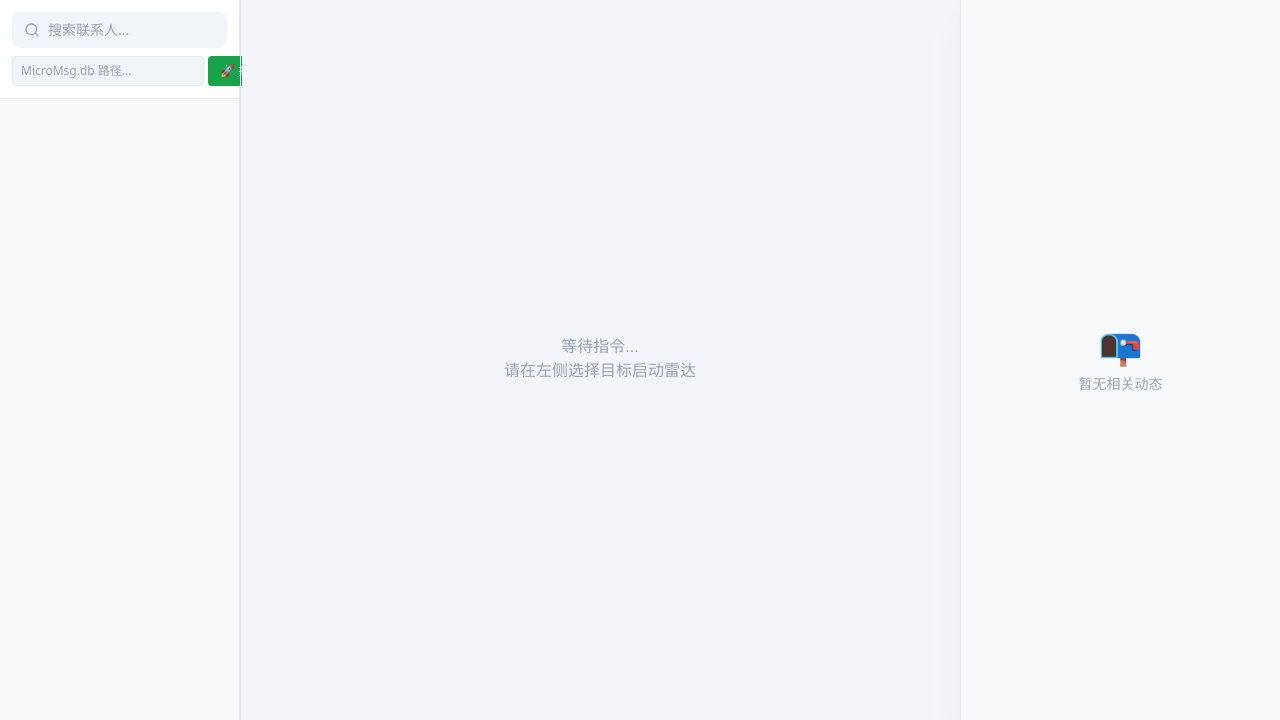
Repository: j76m8bhfny-a11y/wechatGalaxy
Page: / (app in client-radar/)
An editor plug-in stored every save of this project. The page is shown before and after the next save, followed by the edit.
The browser window is 1280 px wide. The pictures show the whole page.
The project was rebuilt for these pictures with package versions that can differ from the ones it lists, and the page was loaded fresh each time. Also part of the build but not shown: client-radar/vite.config.ts.

Above is the page before, as saved 2025-12-19 23:47:08.

### client-radar/index.html
<!doctype html>
<html lang="en">
  <head>
    <meta charset="UTF-8" />
    <link rel="icon" type="image/svg+xml" href="/vite.svg" />
    <meta name="viewport" content="width=device-width, initial-scale=1.0" />
    <title>Tauri + Vue + Typescript App</title>
    <meta name="referrer" content="no-referrer" />
  </head>

  <body>
    <div id="app"></div>
    <script type="module" src="/src/main.ts"></script>
  </body>
</html>

### client-radar/src/main.ts
import { createApp } from "vue";
import { createPinia } from "pinia";
import App from "./App.vue";

// 👇 关键：必须引入这个 CSS 文件！
// 如果你的 CSS 文件在 src/assets/main.css，就写 import "./assets/main.css";
import "./style.css";

const app = createApp(App);
app.use(createPinia()); // 👈 挂载
app.mount("#app");

### client-radar/src/App.vue
<script setup lang="ts">
import { ref } from 'vue';
import Sidebar from "./components/Sidebar.vue";
import Feed from "./components/Feed.vue"; // 👈 新增引入
import GraphLens from "./components/GraphLens.vue";
import { Share2 } from "lucide-vue-next";

// === 1. 状态管理：左右两栏的宽度 ===
const leftWidth = ref(240);
const rightWidth = ref(320);

// 定义最小和最大宽度
const MIN_LEFT = 200;
const MAX_LEFT = 400;
const MIN_RIGHT = 280;
const MAX_RIGHT = 600; // 右侧最大宽度稍微放宽一点，方便看图

// === 2. 核心拖拽逻辑 (保持不变) ===
const isDragging = ref(false);

const startResize = (direction: 'left' | 'right', startEvent: MouseEvent) => {
  startEvent.preventDefault();
  isDragging.value = true;

  const startX = startEvent.clientX;
  const startWidth = direction === 'left' ? leftWidth.value : rightWidth.value;

  const onMouseMove = (moveEvent: MouseEvent) => {
    const deltaX = moveEvent.clientX - startX;

    if (direction === 'left') {
      const newWidth = startWidth + deltaX;
      if (newWidth >= MIN_LEFT && newWidth <= MAX_LEFT) {
        leftWidth.value = newWidth;
      }
    } else {
      const newWidth = startWidth - deltaX;
      if (newWidth >= MIN_RIGHT && newWidth <= MAX_RIGHT) {
        rightWidth.value = newWidth;
      }
    }
  };

  const onMouseUp = () => {
    isDragging.value = false;
    document.removeEventListener('mousemove', onMouseMove);
    document.removeEventListener('mouseup', onMouseUp);
    document.body.style.cursor = '';
  };

  document.addEventListener('mousemove', onMouseMove);
  document.addEventListener('mouseup', onMouseUp);
  document.body.style.cursor = 'col-resize';
};
</script>

<template>
  <div class="flex h-screen w-screen overflow-hidden bg-[#F3F3F3] text-slate-800 font-sans text-sm">

    <div :style="{ width: leftWidth + 'px' }" class="shrink-0 flex flex-col h-full relative">
      <Sidebar />
    </div>

    <div
      class="w-1 hover:w-1.5 h-full cursor-col-resize z-50 flex justify-center items-center group -ml-0.5 hover:bg-blue-500/10 transition-colors"
      @mousedown="(e) => startResize('left', e)"
    >
      <div class="w-[1px] h-full bg-slate-200 group-hover:bg-blue-400 transition-colors"></div>
    </div>

    <main class="flex-1 flex flex-col relative overflow-hidden bg-[#F0F2F5]">
      <GraphLens />
    </main>

    <div
      class="w-1 hover:w-1.5 h-full cursor-col-resize z-50 flex justify-center items-center group -mr-0.5 hover:bg-blue-500/10 transition-colors"
      @mousedown="(e) => startResize('right', e)"
    >
      <div class="w-[1px] h-full bg-slate-200 group-hover:bg-blue-400 transition-colors"></div>
    </div>

    <aside
      :style="{ width: rightWidth + 'px' }"
      class="bg-white border-l border-slate-200 flex flex-col shrink-0 z-10 shadow-xl shadow-slate-200/50"
    >
      <Feed />
    </aside>

  </div>
</template>

<style>
body {
  margin: 0;
  font-family: 'Microsoft YaHei UI', 'Segoe UI', system-ui, sans-serif;
  -webkit-font-smoothing: antialiased;
}
</style>

### client-radar/src/components/Sidebar.vue
<script setup lang="ts">
import { ref, computed } from 'vue'; // [新增] 引入 computed
import { useMomentsStore } from '../stores/moments';
import { useContactsStore } from '../stores/contacts';
import { Search, Database, Loader2 } from 'lucide-vue-next';
import { invoke } from '@tauri-apps/api/core'; // 引入 Tauri 调用

const store = useMomentsStore();
const contactStore = useContactsStore();

// 状态定义
const dbPathInput = ref(''); // 数据库路径输入框
const isScanning = ref(false); // 扫描 Loading 状态
const searchQuery = ref(''); // [新增] 搜索关键词状态

// [新增] 计算属性：根据搜索词过滤联系人
const filteredContacts = computed(() => {
  const allContacts = store.contacts;
  const query = searchQuery.value.trim().toLowerCase();

  if (!query) {
    return allContacts;
  }

  return allContacts.filter(contact => {
    // 获取显示名称（优先备注，其次昵称，最后wxid）
    const displayName = contactStore.getDisplayName(contact.id).toLowerCase();
    const wxid = contact.id.toLowerCase();

    // 只要名字或ID包含搜索词即可
    return displayName.includes(query) || wxid.includes(query);
  });
});

// 🟢 功能1：一键自动扫描 (调用 Rust -> Python Sidecar)
const autoScan = async () => {
  isScanning.value = true;
  contactStore.errorMsg = '';

  try {
    console.log("启动自动扫描...");
    const resStr = await invoke<string>('auto_decrypt_wechat');
    const res = JSON.parse(resStr);

    if (res.status === 'success') {
      dbPathInput.value = res.micro_db_path; // 显示路径

      // 1. 加载通讯录 (Rust 读取 MicroMsg.db)
      await contactStore.importFromDb(res.micro_db_path);

      // 2. 🔥 加载朋友圈 (直接使用 Python 返回的 feeds)
      if (res.feeds && res.feeds.length > 0) {
        store.loadFeeds(res.feeds); // 👈 调用新方法
      } else {
        console.log("Python 未返回 Feeds 数据，可能是空库或解析失败");
      }

    } else {
      contactStore.errorMsg = res.message || '未知错误';
    }

  } catch (e) {
    console.error(e);
    contactStore.errorMsg = "扫描异常: " + String(e);
  } finally {
    isScanning.value = false;
  }
};

// 🔵 功能2：手动导入 (作为备用方案)
const handleImport = async () => {
  if(!dbPathInput.value) return;
  await contactStore.importFromDb(dbPathInput.value);
};

// 选中联系人逻辑
const selectContact = (wxid: string) => {
  store.selectedWxid = wxid;
  // 切换联系人时，同时也清空筛选状态，避免逻辑混乱
  store.filterWxid = '';
};
</script>

<template>
  <div class="flex flex-col h-full bg-slate-50 border-r border-slate-200">

    <div class="p-3 border-b border-slate-200 bg-white space-y-2">

      <div class="relative">
        <Search class="absolute left-3 top-2.5 h-4 w-4 text-slate-400" />
        <input
          type="text"
          placeholder="搜索联系人..."
          class="w-full pl-9 pr-4 py-2 bg-slate-100 border-none rounded-lg text-sm focus:ring-2 focus:ring-blue-500 outline-none transition-all"
        />
      </div>

      <div class="flex space-x-1">
        <input
          v-model="dbPathInput"
          type="text"
          placeholder="MicroMsg.db 路径..."
          class="flex-1 px-2 py-1.5 bg-slate-100 border border-slate-200 rounded text-xs focus:ring-1 focus:ring-blue-500 outline-none truncate text-slate-600"
          :title="dbPathInput"
        />

        <button
          @click="autoScan"
          :disabled="isScanning || contactStore.isLoading"
          class="px-3 py-1.5 bg-green-600 text-white rounded hover:bg-green-700 disabled:bg-slate-300 transition-colors flex items-center justify-center font-medium text-xs whitespace-nowrap shadow-sm"
          title="一键自动扫描并解密微信"
        >
          <Loader2 v-if="isScanning" class="h-3 w-3 animate-spin mr-1" />
          <span v-else>🚀 扫描</span>
        </button>

        <button
          @click="handleImport"
          :disabled="contactStore.isLoading"
          class="px-2 py-1.5 bg-blue-50 text-blue-600 border border-blue-100 rounded hover:bg-blue-100 disabled:bg-slate-50 transition-colors"
          title="手动读取指定路径"
        >
          <Database class="h-3 w-3" />
        </button>
      </div>

      <div v-if="contactStore.errorMsg" class="text-[10px] text-red-500 px-1 leading-tight break-all">
        ⚠️ {{ contactStore.errorMsg }}
      </div>

    </div>

    <div class="flex-1 overflow-y-auto scrollbar-hide">
      <div
        v-for="contact in store.contacts"
        :key="contact.id"
        @click="selectContact(contact.id)"
        :class="['flex items-center p-3 cursor-pointer transition-colors hover:bg-white',
          store.selectedWxid === contact.id ? 'bg-white border-l-4 border-blue-500 shadow-sm' : 'border-l-4 border-transparent text-slate-500']"
      >
        <div :class="['w-10 h-10 rounded-full flex items-center justify-center text-sm font-bold mr-3 shrink-0 transition-colors',
          store.selectedWxid === contact.id ? 'bg-blue-100 text-blue-600' : 'bg-slate-200 text-slate-400']">
          {{ contact.avatar }}
        </div>

        <div class="flex-1 min-w-0">
          <div class="flex justify-between items-baseline mb-0.5">
            <span :class="['font-medium truncate text-sm', store.selectedWxid === contact.id ? 'text-slate-800' : 'text-slate-600']">
              {{ contactStore.getDisplayName(contact.id) }}
            </span>
            <span class="text-[10px] text-slate-400 shrink-0">{{ contact.latestDate }}</span>
          </div>
          <div class="flex justify-between items-center text-xs">
            <span class="truncate text-slate-400 pr-2">
              {{ contact.id }}
            </span>
            <span class="bg-slate-100 text-slate-500 px-1.5 py-0.5 rounded-full text-[10px] font-medium">
              {{ contact.momentCount }}
            </span>
          </div>
        </div>
      </div>
    </div>
  </div>
</template>

<style scoped>
.scrollbar-hide::-webkit-scrollbar {
  display: none;
}
.scrollbar-hide {
  -ms-overflow-style: none;
  scrollbar-width: none;
}
</style>

### client-radar/src/components/Feed.vue
<script setup lang="ts">
//import { ref } from 'vue';
import { useMomentsStore } from '../stores/moments';
import { useContactsStore } from '../stores/contacts';

const store = useMomentsStore();
const contactStore = useContactsStore();

// 处理图片加载错误，防止裂图
const handleImageError = (e: Event) => {
  const target = e.target as HTMLImageElement;
  target.style.display = 'none'; // 加载失败直接隐藏
};

// 格式化时间戳
const formatTime = (timestamp: number) => {
  if (!timestamp) return '';
  const date = new Date(timestamp * 1000);
  return date.toLocaleString('zh-CN', {
    month: '2-digit',
    day: '2-digit',
    hour: '2-digit',
    minute: '2-digit'
  });
};

/*
// 判断是否是视频文件
const isVideo = (url: string) => {
  return url.toLowerCase().endsWith('.mp4');
};
*/
</script>


<template>
  <div class="h-full overflow-y-auto p-4 space-y-6 bg-slate-50 scrollbar-thin">

    <div v-if="store.filteredMoments.length === 0" class="flex flex-col items-center justify-center h-full text-slate-400">
      <div class="text-4xl mb-2">📭</div>
      <p>暂无相关动态</p>
    </div>

    <div
      v-for="moment in store.filteredMoments"
      :key="moment.id"
      class="bg-white p-5 rounded-xl shadow-sm border border-slate-100 transition-all hover:shadow-md"
    >
      <div class="flex items-start space-x-3 mb-3">
        <div class="w-10 h-10 rounded-lg bg-blue-100 flex items-center justify-center text-blue-600 font-bold shrink-0">
          {{ contactStore.getDisplayName(moment.author_wxid).charAt(0) }}
        </div>

        <div class="flex-1 min-w-0">
          <div class="flex items-center justify-between">
            <h3 class="font-bold text-slate-800 text-base truncate">
              {{ contactStore.getDisplayName(moment.author_wxid) }}
            </h3>
            </div>
          <p class="text-xs text-slate-400 mt-0.5">{{ formatTime(moment.timestamp) }}</p>
        </div>
      </div>

      <div class="mb-3">
        <p class="text-slate-700 text-sm leading-relaxed whitespace-pre-wrap break-words">
          {{ moment.content.text }}
        </p>
      </div>

      <div v-if="moment.content.media && moment.content.media.length > 0" class="mb-4">
        <div class="grid gap-1"
             :class="{
               'grid-cols-1': moment.content.media.length === 1,
               'grid-cols-2': moment.content.media.length === 2 || moment.content.media.length === 4,
               'grid-cols-3': moment.content.media.length >= 3 && moment.content.media.length !== 4
             }">
          <div v-for="(media, idx) in moment.content.media" :key="idx" class="relative group aspect-square bg-slate-100 overflow-hidden rounded-md cursor-pointer">

            <video
              v-if="media.type === 'video'"
              :src="media.src"
              class="w-full h-full object-cover"
              controls
              preload="metadata"
            ></video>

            <img
              v-else
              :src="media.src"
              class="w-full h-full object-cover transition-transform duration-500 group-hover:scale-105"
              loading="lazy"
              referrerpolicy="no-referrer"
              @error="handleImageError"
            />
          </div>
        </div>
      </div>

      <div class="bg-slate-50/50 rounded-lg p-3 text-xs text-slate-600 space-y-2">

        <div v-if="moment.interactions.likes.length > 0" class="flex items-start space-x-2">
          <div class="mt-0.5 text-slate-400 shrink-0">
            <svg xmlns="http://www.w3.org/2000/svg" class="h-4 w-4" fill="none" viewBox="0 0 24 24" stroke="currentColor">
              <path stroke-linecap="round" stroke-linejoin="round" stroke-width="2" d="M4.318 6.318a4.5 4.5 0 000 6.364L12 20.364l7.682-7.682a4.5 4.5 0 00-6.364-6.364L12 7.636l-1.318-1.318a4.5 4.5 0 00-6.364 0z" />
            </svg>
          </div>
          <div class="flex flex-wrap gap-1 leading-5">
            <span v-for="(like, index) in moment.interactions.likes" :key="index">
              <span
                class="cursor-pointer hover:underline"
                :class="like.wxid === store.filterWxid ? 'text-orange-600 font-extrabold bg-orange-100 px-1 rounded' : 'text-blue-600 font-medium'"
              >
                {{ like.name || contactStore.getDisplayName(like.wxid) || '未知用户' }}
              </span>
              <span v-if="index < moment.interactions.likes.length - 1" class="text-slate-300">,</span>
            </span>
          </div>
        </div>

        <div v-if="moment.interactions.likes.length > 0 && moment.interactions.comments.length > 0" class="border-t border-slate-200/60 my-1"></div>

        <div v-if="moment.interactions.comments.length > 0" class="space-y-1">
          <div v-for="(comment, cIndex) in moment.interactions.comments" :key="cIndex" class="flex items-start space-x-2 group">
             <div class="mt-0.5 text-slate-400 shrink-0 opacity-0 group-hover:opacity-100 transition-opacity">
               <svg xmlns="http://www.w3.org/2000/svg" class="h-3 w-3" fill="none" viewBox="0 0 24 24" stroke="currentColor">
                  <path stroke-linecap="round" stroke-linejoin="round" stroke-width="2" d="M8 10h.01M12 10h.01M16 10h.01M9 16H5a2 2 0 01-2-2V6a2 2 0 012-2h14a2 2 0 012 2v8a2 2 0 01-2 2h-5l-5 5v-5z" />
                </svg>
             </div>
             <div class="break-words flex-1">
               <span
                 class="cursor-pointer hover:underline"
                 :class="comment.wxid === store.filterWxid ? 'text-orange-600 font-extrabold bg-orange-100 px-1 rounded' : 'text-blue-600 font-medium'"
               >
                 {{ comment.name || contactStore.getDisplayName(comment.wxid) }}
               </span>

               <span v-if="comment.reply_to_wxid" class="text-slate-400 mx-1 text-[10px]">回复</span>
               <span v-if="comment.reply_to_wxid" class="text-blue-600 font-medium text-xs">
                 {{ contactStore.getDisplayName(comment.reply_to_wxid) }}
               </span>

               <span class="text-slate-800 mx-0.5">:</span>
               <span class="text-slate-600">{{ comment.content }}</span>
             </div>
          </div>
        </div>

      </div>
    </div>
  </div>
</template>

<style scoped>
/* 隐藏滚动条但保留功能 (Webkit) */
.scrollbar-thin::-webkit-scrollbar {
  width: 6px;
}
.scrollbar-thin::-webkit-scrollbar-track {
  background: transparent;
}
.scrollbar-thin::-webkit-scrollbar-thumb {
  background-color: #cbd5e1;
  border-radius: 20px;
}
</style>

### client-radar/src/stores/moments.ts
import { defineStore } from 'pinia';
import { ref, computed } from 'vue';
import { useContactsStore } from './contacts';

export interface Interaction {
  wxid: string;
  name?: string;
  time?: number;
  content?: string;
  reply_to_wxid?: string;
}

export interface MediaItem {
  type: 'image' | 'video';
  src: string;
  thumb?: string;
}

export interface MomentContent {
  text: string;
  media: MediaItem[];
}

export interface MomentStats {
  likes_count: number;
  comments_count: number;
}

export interface MomentInteractions {
  likes: Interaction[];
  comments: Interaction[];
}

export interface Moment {
  id: string;
  timestamp: number;
  date: string;
  author_wxid: string;
  content: MomentContent;
  stats: MomentStats;
  interactions: MomentInteractions;
  avatar: string;
  name: string;
}

export interface ContactSummary {
  id: string;
  avatar: string;
  name: string;
  momentCount: number;
  latestDate: string;
}

export const useMomentsStore = defineStore('moments', () => {
  const moments = ref<Moment[]>([]);
  const selectedWxid = ref<string>('');
  const filterWxid = ref<string>('');

  const contactStore = useContactsStore();

  // 💾 内部缓存：记录所有出现过的 wxid -> name 映射
  // 来源包括：通讯录、朋友圈作者、点赞列表快照、评论列表快照
  const globalUserMap = ref<Map<string, string>>(new Map());

  // 📥 加载数据并构建“全员户口本”
  const loadFeeds = (rawFeeds: any[]) => {
    console.log(`📦 加载 ${rawFeeds.length} 条数据，正在构建全员索引...`);
    const map = new Map<string, string>();

    rawFeeds.forEach(feed => {
      // 1. 记录发帖人 (如果有快照名虽少见，但也记录)
      if (feed.author_wxid) {
        // 这里的名字稍后由 ContactStore 补全，先占位
        if (!map.has(feed.author_wxid)) map.set(feed.author_wxid, '');
      }

      // 2. 记录点赞人 (利用 Python 传回来的 name)
      if (feed.interactions?.likes) {
        feed.interactions.likes.forEach((u: any) => {
          if (u.wxid && u.name) map.set(u.wxid, u.name);
        });
      }

      // 3. 记录评论人
      if (feed.interactions?.comments) {
        feed.interactions.comments.forEach((c: any) => {
          if (c.wxid && c.name) map.set(c.wxid, c.name);
        });
      }
    });

    globalUserMap.value = map;

    // 转换数据结构
    moments.value = rawFeeds.map(feed => ({
      id: feed.id,
      timestamp: feed.timestamp,
      date: feed.date || new Date(feed.timestamp * 1000).toLocaleString(),
      author_wxid: feed.author_wxid,
      content: feed.content || { text: '', media: [] },
      stats: feed.stats || { likes_count: 0, comments_count: 0 },
      interactions: feed.interactions || { likes: [], comments: [] },
      avatar: '👤',
      name: '加载中...',
    }));
  };

  // 🔍 超级查名器 (核心功能)
  // 任何组件想知道某个 wxid 叫什么，都调这个，别自己瞎查
  const getSmartName = (wxid: string) => {
    if (!wxid) return '未知';

    // 1. 优先查通讯录 (备注名最准)
    const contactName = contactStore.getDisplayName(wxid);
    if (contactName && contactName !== '未知用户' && contactName !== wxid) {
      return contactName;
    }

    // 2. 查全员快照 (朋友圈里留下的历史名字)
    const snapshotName = globalUserMap.value.get(wxid);
    if (snapshotName && snapshotName.length > 0) {
      return snapshotName;
    }

    // 3. 实在没有，返回 wxid
    return wxid;
  };

  // 左侧列表：只显示发过朋友圈的人 (保持界面整洁)
  // 如果你想让点赞的人也出现在左侧，可以改这里，但通常没必要
  const contacts = computed(() => {
    const map = new Map<string, ContactSummary>();
    moments.value.forEach(m => {
      const uid = m.author_wxid;
      if (!uid) return;

      if (!map.has(uid)) {
        map.set(uid, {
          id: uid,
          avatar: '👤',
          name: getSmartName(uid), // 使用超级查名
          momentCount: 0,
          latestDate: m.date
        });
      }
      const c = map.get(uid)!;
      c.momentCount++;
      if (m.date > c.latestDate) c.latestDate = m.date;
    });

    return Array.from(map.values()).sort((a, b) => b.momentCount - a.momentCount);
  });

  const filteredMoments = computed(() => {
    let list = moments.value;

    // 1. 第一层漏斗：只看左侧选中人的朋友圈 (Author)
    if (selectedWxid.value) {
      list = list.filter(m => m.author_wxid === selectedWxid.value);
    }

    // 2. 第二层漏斗：只看中间球选中人的互动 (Interactor)
    // 🔥 这就是你要的功能！
    if (filterWxid.value) {
      list = list.filter(m => {
        // 如果他是这条朋友圈的作者（比如你自己查看自己）
        if (m.author_wxid === filterWxid.value) return true;

        // 如果他点赞了这条朋友圈
        const hasLiked = m.interactions.likes.some(u => u.wxid === filterWxid.value);
        if (hasLiked) return true;

        // 如果他评论了这条朋友圈 (包括回复别人)
        const hasCommented = m.interactions.comments.some(c => c.wxid === filterWxid.value);
        if (hasCommented) return true;

        return false; // 既没写，没赞，也没评 -> 过滤掉
      });
    }

    return list;
  });

  return {
    moments,
    selectedWxid,
    filterWxid,
    loadFeeds,
    filteredMoments,
    contacts,
    getSmartName // 👈 暴露出这个新方法
  };
});

### client-radar/src/stores/contacts.ts
import { defineStore } from 'pinia';
import { ref } from 'vue';
import { invoke } from '@tauri-apps/api/core'; // Tauri v2 调用核心

// 默认还是先加载个空的或静态的，以防数据库没连上
import mockData from '../assets/contacts_map.json';

interface DbContact {
  username: string;
  remark: string;
  nickname: string;
}

export const useContactsStore = defineStore('contacts', () => {
  // 1. 联系人映射表
  const contactMap = ref<Record<string, string>>({ ...mockData });
  const isLoading = ref(false);
  const errorMsg = ref('');

  // 2. 核心：从数据库导入
  const importFromDb = async (dbPath: string) => {
    if (!dbPath) return;

    isLoading.value = true;
    errorMsg.value = '';

    try {
      console.log('正在读取数据库:', dbPath);
      // 调用 Rust 后端
      const res = await invoke<DbContact[]>('read_contacts_from_db', { dbPath });
      console.log(`成功读取 ${res.length} 个联系人`);

      // 转换数据格式：优先用 Remark，其次用 NickName
      const newMap: Record<string, string> = {};
      res.forEach(c => {
        if (c.remark) {
          newMap[c.username] = c.remark;
        } else if (c.nickname) {
          newMap[c.username] = c.nickname;
        }
      });

      // 合并到现有 Map (或者直接覆盖 contactMap.value = newMap)
      Object.assign(contactMap.value, newMap);

    } catch (e) {
      console.error('数据库读取失败:', e);
      errorMsg.value = String(e);
    } finally {
      isLoading.value = false;
    }
  };

  // 3. 获取显示名称
  const getDisplayName = (wxid: string): string => {
    if (!wxid) return '未知用户';
    if (contactMap.value[wxid]) return contactMap.value[wxid];
    if (wxid.length > 10) return `user_${wxid.substring(wxid.length - 4)}`;
    return wxid;
  };

  return {
    contactMap,
    isLoading,
    errorMsg,
    getDisplayName,
    importFromDb
  };
});

Loaded but not shown: client-radar/src/style.css (common file); client-radar/tailwind.config.js (common file); client-radar/src/assets/contacts_map.json (7 lines, source omitted); client-radar/src/components/GraphLens.vue (282 lines, source omitted)

After the next save:
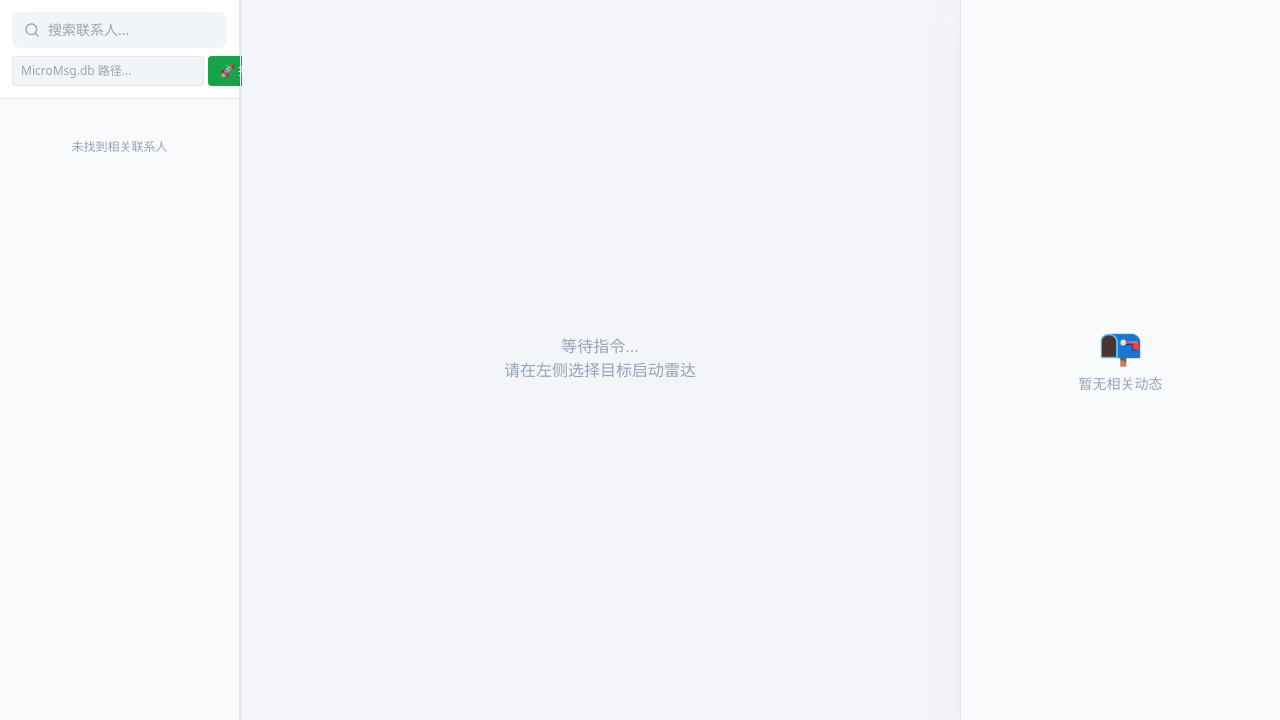
Saved 7 min 14 s later.
--- a/client-radar/src/components/Sidebar.vue
+++ b/client-radar/src/components/Sidebar.vue
@@ -89,6 +89,7 @@ const selectContact = (wxid: string) => {
       <div class="relative">
         <Search class="absolute left-3 top-2.5 h-4 w-4 text-slate-400" />
         <input
+          v-model="searchQuery"
           type="text"
           placeholder="搜索联系人..."
           class="w-full pl-9 pr-4 py-2 bg-slate-100 border-none rounded-lg text-sm focus:ring-2 focus:ring-blue-500 outline-none transition-all"
@@ -132,7 +133,7 @@ const selectContact = (wxid: string) => {
 
     <div class="flex-1 overflow-y-auto scrollbar-hide">
       <div
-        v-for="contact in store.contacts"
+        v-for="contact in filteredContacts"
         :key="contact.id"
         @click="selectContact(contact.id)"
         :class="['flex items-center p-3 cursor-pointer transition-colors hover:bg-white',
@@ -160,6 +161,11 @@ const selectContact = (wxid: string) => {
           </div>
         </div>
       </div>
+
+      <div v-if="filteredContacts.length === 0" class="text-center text-slate-400 py-10 text-xs">
+        未找到相关联系人
+      </div>
+
     </div>
   </div>
 </template>
